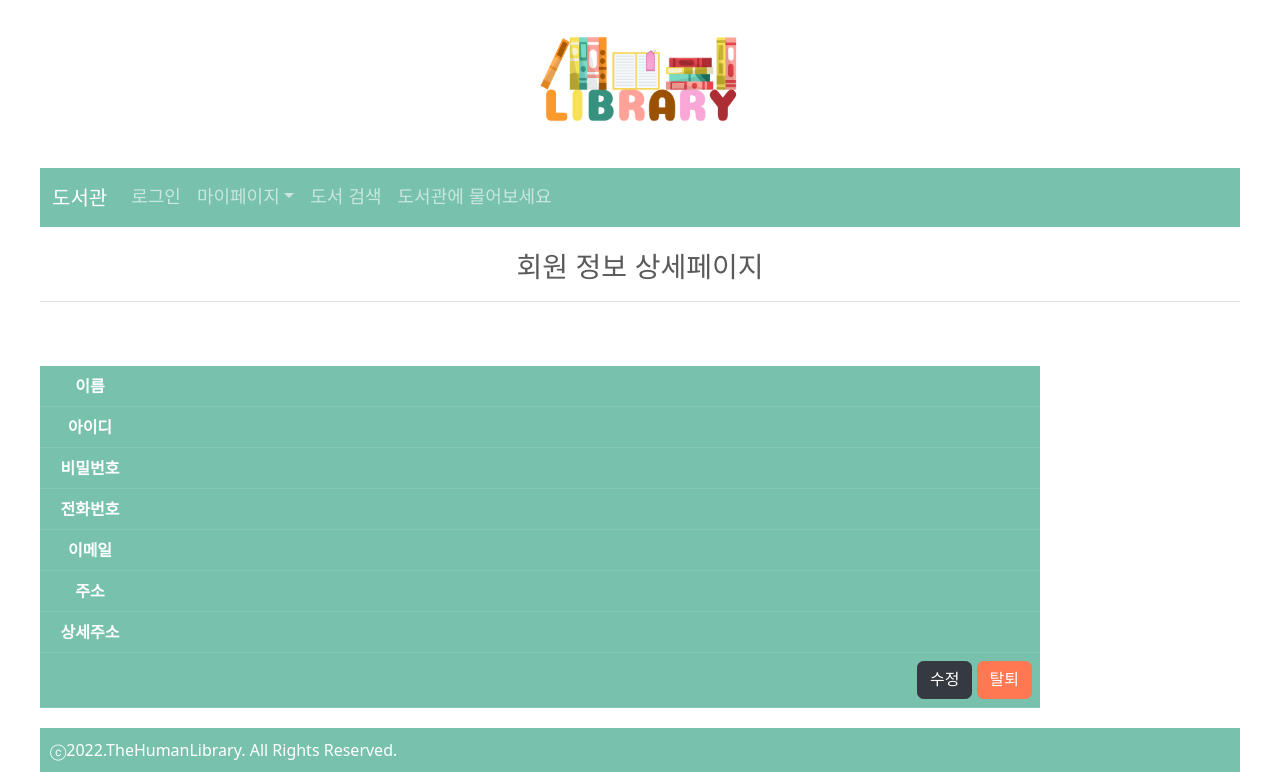
Repository: ahnbin00/Library
Page: http://localhost/BookRental/WEB-INF/book/manageMember.jsp
An editor plug-in stored every save of this project. The page is shown before and after the next save, followed by the edit.
The browser window is 1280 px wide. The pictures show the whole page.
Some web fonts or font styles are not loaded; a fallback is used. Some web libraries are served in a nearby version. The page is served by Tomcat 9. Nobody is signed in. Other server files are loaded and not shown. The template is opened directly, without the code that normally fills it, so the values that code supplies are empty.

Above is the page before, as saved 2022-12-22 07:02:36.

### BookRental/src/main/webapp/WEB-INF/book/manageMember.jsp
<%@ page language="java" contentType="text/html; charset=UTF-8"
    pageEncoding="UTF-8"%>
<!DOCTYPE html>
<html>
<head>
<meta charset="UTF-8">
<link rel="stylesheet"
   href="resources/bootstrap.css">
   <link rel="stylesheet" href="https://cdn.jsdelivr.net/npm/bootstrap-icons@1.7.1/font/bootstrap-icons.css">
<title>회원 정보 상세페이지</title>

<style type="text/css">
@import url('https://fonts.googleapis.com/css2?family=Jua&display=swap');
body
{
  margin: 0 auto;
  width: 300px;
}
</style>
</head>
<body style="width:1200px; text-align:center; margin: 0 auto;" >
	   <header>
      <h1 style="text-align: center; padding-top: 30px; padding-bottom: 30px;"><img alt="로고" src="resources/logo.png" width="200px" height="100px"></h1>
   </header>
   <nav>
   <%@ include file="/WEB-INF/book/banner.jsp" %>
   </nav>
   <br>
	<h3>회원 정보 상세페이지</h3>
	<hr>
	<div align="left">
		<br><br>
	</div>
	<table class="table table-hover" style="width:1000px;">
		<tr class="table-primary">
			<th scope="row" width="100px">이름</th>
			<td>${member.name} </td>
		</tr>
		<tr class="table-primary">
	      	<th scope="row">아이디</th>
	      	<td>${member.id }</td>
    	</tr>
    	<tr class="table-primary">
	      	<th scope="row">비밀번호</th>
	      	<td>${member.password }</td>
    	</tr>
    	<tr class="table-primary">
    		<th scope="row">전화번호</th>
	      	<td>${member.phone }</td>
    	</tr>
    	<tr class="table-primary">
    		<th scope="row">이메일</th>
	      	<td>${member.mail }</td>
    	</tr>
    	<tr class="table-primary">
    		<th scope="row">주소</th>
	      	<td>${member.address2 }</td>
    	</tr>
    	<tr class="table-primary">
    		<th scope="row">상세주소</th>
	      	<td>${member.address_detail }</td>
    	</tr>
    	<tr class="table-primary">
    		<th></th>
    		<td align="right">
    			<button type="button" class="btn btn-dark" onclick="location.href='getMemberManage.do?id=${member.id }'">수정</button>
	    		<button type="button" class="btn btn-danger" onclick="location.href='deleteMemberManage.do?id=${member.id }'">탈퇴</button>
	    	</td>
    	</tr>
	</table>
	</div>

	<%@ include file="/WEB-INF/book/footer.jsp" %>
</body>
</html>

### BookRental/src/main/webapp/WEB-INF/book/banner.jsp
<%@ page language="java" contentType="text/html; charset=UTF-8"
   pageEncoding="UTF-8"%>
<%@ taglib prefix="c" uri="http://java.sun.com/jsp/jstl/core" %>
<!DOCTYPE html>
<html>
<head>
<meta charset="UTF-8">
<link rel="stylesheet"
   href="../resources/bootstrap.css">
   <script src="https://cdn.jsdelivr.net/npm/bootstrap@5.2.2/dist/js/bootstrap.bundle.min.js" integrity="sha384-OERcA2EqjJCMA+/3y+gxIOqMEjwtxJY7qPCqsdltbNJuaOe923+mo//f6V8Qbsw3" crossorigin="anonymous"></script>
<title>상단 메인 배너</title>
<style type="text/css">
@import url('https://fonts.googleapis.com/css2?family=Jua&display=swap');
body ul, a{
font-family: 'Jua', sans-serif;
}
</style>
</head>
<body style="width:1200px;">
<nav class="navbar navbar-expand-lg navbar-dark bg-primary">
  <div class="container-fluid">
    <a class="navbar-brand" href="index.do">도서관</a>
    <button class="navbar-toggler" type="button" data-bs-toggle="collapse" data-bs-target="#navbarColor01" aria-controls="navbarColor01" aria-expanded="false" aria-label="Toggle navigation">
      <span class="navbar-toggler-icon"></span>
    </button>
    <div class="collapse navbar-collapse" id="navbarColor01">
      <ul class="navbar-nav me-auto">
        <li class="nav-item">
        <c:choose>
         <c:when test="${empty id }">
            <a class="nav-link" href="login.do" style="font-size:18px">로그인
            <span class="visually-hidden">(current)</span>
             </a>
         </c:when>
         <c:otherwise>
             <a class="nav-link" href="logout.do" style="font-size:18px">로그아웃
             <span class="visually-hidden">(current)</span>
             </a>
         </c:otherwise>
         </c:choose>
         <c:if test="${id eq 'admin' }">
        	<li class="nav-item">
			<a class="nav-link" href="getMemberList.do">회원 관리</a>
			</li>
			<li class="nav-item">
			<a class="nav-link" href="getBookListManage.do">도서 관리</a>
			</li>
			<li class="nav-item">
			<a class="nav-link" href="getRentalList.do">대여 현황</a>
			</li>
			<li class="nav-item">
			<a class="nav-link" href="getQnaListManage.do">도서관에 물어보세요</a>
			</li>
         </c:if>
        </li>
        <c:if test="${id ne 'admin' }">
        <li class="nav-item dropdown">
          <a class="nav-link dropdown-toggle" data-bs-toggle="dropdown" role="button" aria-haspopup="true" aria-expanded="false" style="font-size:18px">마이페이지</a>
          <div class="dropdown-menu">
             <c:choose>
             <c:when test="${empty id }">
             <a class="dropdown-item" href="login.do" style="font-size:18px">회원정보수정</a>
            <a class="dropdown-item" href="login.do" style="font-size:18px">회원대출정보</a>
             </c:when>
             <c:otherwise>
             <a class="dropdown-item" href="getMember.do?id=${id}" style="font-size:18px">회원정보수정</a>
            <a class="dropdown-item" href="memberRental.do?id=${id}" style="font-size:18px">회원대출정보</a>
             </c:otherwise>
             </c:choose>
          </div>
        </li>
        <li class="nav-item">
          <a class="nav-link" href="getBookList.do" style="font-size:18px">도서 검색</a>
        </li>
        <li class="nav-item">
          <a class="nav-link" href="getQnaList.do" style="font-size:18px">도서관에 물어보세요</a>
        </li>
      </ul>
      </c:if>
<!--       <form class="d-flex"> -->
<!--         <input class="form-control me-sm-2" type="text" placeholder="Search"> -->
<!--         <button class="btn btn-secondary my-2 my-sm-0" type="submit">Search</button> -->
<!--       </form> -->
    </div>
  </div>
</nav>

</body>
</html>

### BookRental/src/main/webapp/WEB-INF/book/footer.jsp
<%@ page language="java" contentType="text/html; charset=UTF-8"
    pageEncoding="UTF-8"%>
<!DOCTYPE html>
<html>
<head>
<meta charset="UTF-8">
<title>Insert title here</title>
<style type="text/css">
footer{
margin-top: 20px;
padding: 10px;
width: 1200px;
background-color: #78c2ad;
text-align: left;
color: white;
}
</style>
</head>
<body>

   <footer>
		ⓒ2022.TheHumanLibrary. All Rights Reserved.
   </footer>

</body>
</html>

Loaded but not shown: BookRental/src/main/webapp/resources/bootstrap.css (library)

After the next save:
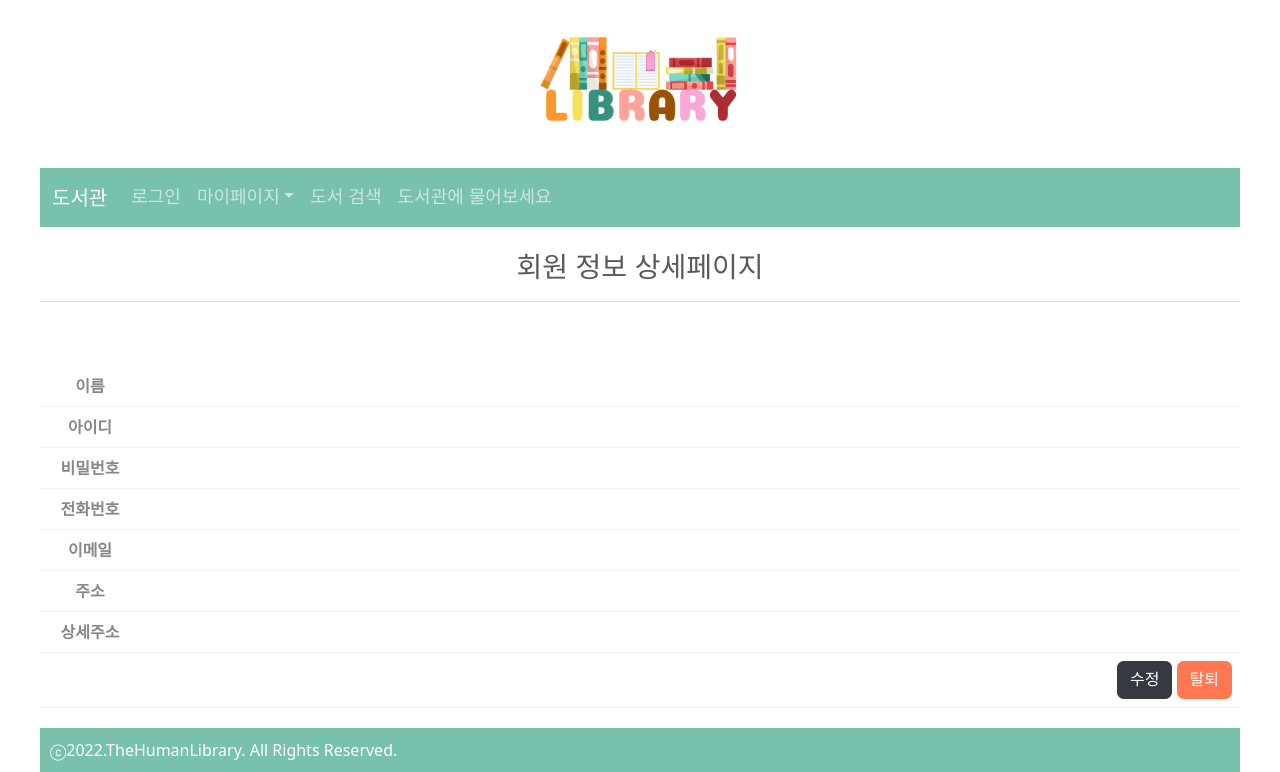
Saved 58 s later.
--- a/BookRental/src/main/webapp/WEB-INF/book/manageMember.jsp
+++ b/BookRental/src/main/webapp/WEB-INF/book/manageMember.jsp
@@ -31,36 +31,36 @@ body
 	<div align="left">
 		<br><br>
 	</div>
-	<table class="table table-hover" style="width:1000px;">
-		<tr class="table-primary">
+	<table class="table">
+		<tr>
 			<th scope="row" width="100px">이름</th>
 			<td>${member.name} </td>
 		</tr>
-		<tr class="table-primary">
+		<tr>
 	      	<th scope="row">아이디</th>
 	      	<td>${member.id }</td>
     	</tr>
-    	<tr class="table-primary">
+    	<tr>
 	      	<th scope="row">비밀번호</th>
 	      	<td>${member.password }</td>
     	</tr>
-    	<tr class="table-primary">
+    	<tr>
     		<th scope="row">전화번호</th>
 	      	<td>${member.phone }</td>
     	</tr>
-    	<tr class="table-primary">
+    	<tr>
     		<th scope="row">이메일</th>
 	      	<td>${member.mail }</td>
     	</tr>
-    	<tr class="table-primary">
+    	<tr>
     		<th scope="row">주소</th>
 	      	<td>${member.address2 }</td>
     	</tr>
-    	<tr class="table-primary">
+    	<tr>
     		<th scope="row">상세주소</th>
 	      	<td>${member.address_detail }</td>
     	</tr>
-    	<tr class="table-primary">
+    	<tr>
     		<th></th>
     		<td align="right">
     			<button type="button" class="btn btn-dark" onclick="location.href='getMemberManage.do?id=${member.id }'">수정</button>
